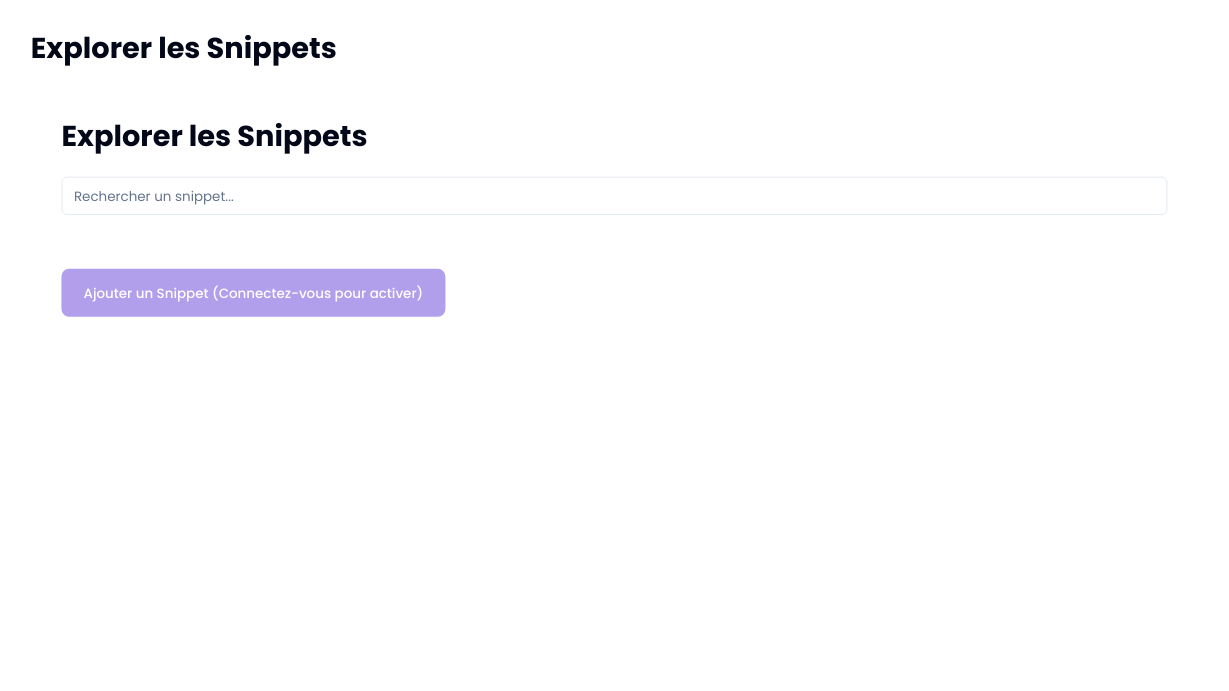
Repository: khadyba/Mediacy
Page: /Snippets
These files come from the project's save history. The page is drawn as it stood at one moment and after a run of saves; the edit follows.
The browser window is 1280 px wide. The pictures show the whole page, at 96% of full size.
The project was rebuilt for these pictures with package versions that can differ from the ones it lists, and the page was loaded fresh each time. The framework's server and built-in components were replaced by stand-ins that run in the browser. Also part of the build but not shown: next.config.mjs.

Above is the page before, as saved 2024-09-22 21:51:07.

### app/layout.tsx
import React from 'react';
import type { Metadata } from 'next';
import { Poppins } from 'next/font/google';
import "./globals.css";
const poppins = Poppins({ subsets: ["latin"],
  weight:['300','400','500','600','700'] });

export const metadata: Metadata = {
  title: "SnippetVault",

};

export default function RootLayout({
  children,
}: Readonly<{
  children: React.ReactNode;
}>) {
  return (
    <html lang="fr">
      <body className={poppins.className}>
          {children}
        </body>
    </html>
  );
}

### app/Snippets/layout.tsx
interface LandingSnippetProps {
    children: React.ReactNode;
  }

const LandingSnippet = ({ children }: LandingSnippetProps) => {
    return(
                  <div>
                    {children}
                  </div>
    )
}
export default LandingSnippet

### app/Snippets/page.tsx
"use client";

import ExploreSnippets from "../_components/CardSnippet";


export default function PageSnippets() {
  return (
    <div className="p-8">
      <h1 className="text-3xl font-bold mb-6">Explorer les Snippets</h1>

               <ExploreSnippets />
    </div>
  );
}

### app/globals.css
@tailwind base;
@tailwind components;
@tailwind utilities;


html,
body,
:root {
     height: 100%;
}

html, body {
  margin: 0;
  padding: 0;
  height: 100%;
  width: 100%;
}






:root {
  --foreground-rgb: 0, 0, 0;
  --background-start-rgb: 214, 219, 220;
  --background-end-rgb: 255, 255, 255;
}

@media (prefers-color-scheme: dark) {
  :root {
    --foreground-rgb: 255, 255, 255;
    --background-start-rgb: 0, 0, 0;
    --background-end-rgb: 0, 0, 0;
  }
}

@layer utilities {
  .text-balance {
    text-wrap: balance;
  }
}

@layer base {
  :root {
    --background: 0 0% 100%;
    --foreground: 222.2 84% 4.9%;
    --card: 0 0% 100%;
    --card-foreground: 222.2 84% 4.9%;
    --popover: 0 0% 100%;
    --popover-foreground: 222.2 84% 4.9%;
    --primary: 222.2 47.4% 11.2%;
    --primary-foreground: 210 40% 98%;
    --secondary: 210 40% 96.1%;
    --secondary-foreground: 222.2 47.4% 11.2%;
    --muted: 210 40% 96.1%;
    --muted-foreground: 215.4 16.3% 46.9%;
    --accent: 210 40% 96.1%;
    --accent-foreground: 222.2 47.4% 11.2%;
    --destructive: 0 84.2% 60.2%;
    --destructive-foreground: 210 40% 98%;
    --border: 214.3 31.8% 91.4%;
    --input: 214.3 31.8% 91.4%;
    --ring: 222.2 84% 4.9%;
    --chart-1: 12 76% 61%;
    --chart-2: 173 58% 39%;
    --chart-3: 197 37% 24%;
    --chart-4: 43 74% 66%;
    --chart-5: 27 87% 67%;
    --radius: 0.5rem;
  }
  .dark {
    --background: 222.2 84% 4.9%;
    --foreground: 210 40% 98%;
    --card: 222.2 84% 4.9%;
    --card-foreground: 210 40% 98%;
    --popover: 222.2 84% 4.9%;
    --popover-foreground: 210 40% 98%;
    --primary: 210 40% 98%;
    --primary-foreground: 222.2 47.4% 11.2%;
    --secondary: 217.2 32.6% 17.5%;
    --secondary-foreground: 210 40% 98%;
    --muted: 217.2 32.6% 17.5%;
    --muted-foreground: 215 20.2% 65.1%;
    --accent: 217.2 32.6% 17.5%;
    --accent-foreground: 210 40% 98%;
    --destructive: 0 62.8% 30.6%;
    --destructive-foreground: 210 40% 98%;
    --border: 217.2 32.6% 17.5%;
    --input: 217.2 32.6% 17.5%;
    --ring: 212.7 26.8% 83.9%;
    --chart-1: 220 70% 50%;
    --chart-2: 160 60% 45%;
    --chart-3: 30 80% 55%;
    --chart-4: 280 65% 60%;
    --chart-5: 340 75% 55%;
  }
}

@layer base {
  * {
    @apply border-border;
  }
  body {
    @apply bg-background text-foreground;
  }
}

### app/_components/CardSnippet.tsx
"use client";
import { useState, useEffect } from "react";
import { Button } from "@/components/ui/button";
import { Input } from "@/components/ui/input";
import { Card, CardContent, CardFooter, CardHeader, CardTitle } from "@/components/ui/card";



export default function ExploreSnippets() {
    const [snippets, setSnippets] = useState([]);

  return (
    <div className="p-8">
      <h1 className="text-3xl font-bold mb-6">Explorer les Snippets</h1>

      {/* Barre de recherche */}
      <div className="mb-6">
        <Input type="text" placeholder="Rechercher un snippet..." className="w-full" />
      </div>

      {/* Liste de snippets */}
      <div className="grid grid-cols-1 md:grid-cols-3 gap-6">
        {snippets.map((snippet) => (
          <Card key={snippet.id}>
            <CardHeader>
              <CardTitle>{snippet.title}</CardTitle>
            </CardHeader>
            <CardContent>
              <p className="text-gray-500">{snippet.category}</p>
            </CardContent>
            <CardFooter>
              <Button variant="outline">Voir les détails</Button>
            </CardFooter>
          </Card>
        ))}
      </div>

      {/* Bouton Ajouter un snippet (inactif) */}
      <div className="mt-8">
        <Button variant="secondary" size="lg" disabled>
          Ajouter un Snippet (Connectez-vous pour activer)
        </Button>
      </div>
    </div>
  );
}

### components/ui/button.tsx
import * as React from "react"
import { Slot } from "@radix-ui/react-slot"
import { cva, type VariantProps } from "class-variance-authority"

import { cn } from "@/lib/utils"

const buttonVariants = cva(
  "inline-flex items-center justify-center whitespace-nowrap rounded-md text-sm font-medium ring-offset-background transition-colors focus-visible:outline-none focus-visible:ring-2 focus-visible:ring-ring focus-visible:ring-offset-2 disabled:pointer-events-none disabled:opacity-50",
  {
    variants: {
      variant: {
        default: "bg-primary text-primary-foreground hover:bg-primary/90",
        primary: "bg-transparant hover:bg-[#6841DA] text-[#6841DA] hover:text-white border-[3px] border-[#6841DA] ",
        secondary: "bg-[#6841DA] text-white border-[3px] border-[#6841DA] ",
        purple: "bg-transparant  text-[#6841DA] border-[3px]  hover:bg-[#6841DA] hover:text-white border-[#6841DA] "
      },
      size: {
        default: "h-10 px-4 py-2",
        sm: "h-9 rounded-md px-3",
        lg: "h-[50px]  rounded-lg px-5 py-4",
        icon: "h-10 w-10",
      },
    },
    defaultVariants: {
      variant: "default",
      size: "default",
    },
  }
)

export interface ButtonProps
  extends React.ButtonHTMLAttributes<HTMLButtonElement>,
    VariantProps<typeof buttonVariants> {
  asChild?: boolean
}

const Button = React.forwardRef<HTMLButtonElement, ButtonProps>(
  ({ className, variant, size, asChild = false, ...props }, ref) => {
    const Comp = asChild ? Slot : "button"
    return (
      <Comp
        className={cn(buttonVariants({ variant, size, className }))}
        ref={ref}
        {...props}
      />
    )
  }
)
Button.displayName = "Button"

export { Button, buttonVariants }

### components/ui/input.tsx
import * as React from "react"

import { cn } from "@/lib/utils"

export interface InputProps
  extends React.InputHTMLAttributes<HTMLInputElement> {}

const Input = React.forwardRef<HTMLInputElement, InputProps>(
  ({ className, type, ...props }, ref) => {
    return (
      <input
        type={type}
        className={cn(
         "flex h-10 w-full rounded-md border border-input bg-background px-3 py-2 text-sm ring-offset-background file:border-0 file:bg-transparent file:text-sm file:font-medium file:text-foreground placeholder:text-muted-foreground focus-visible:outline-none focus-visible:ring-2 focus-visible:ring-[#6841DA] focus-visible:ring-offset-2 hover:border-[#6841DA] disabled:cursor-not-allowed disabled:opacity-50",
          className
        )}
        ref={ref}
        {...props}
      />
    )
  }
)
Input.displayName = "Input"

export { Input }

### tailwind.config.ts
import type { Config } from "tailwindcss";

const config: Config = {
    darkMode: ["class"],
    content: [
    "./pages/**/*.{js,ts,jsx,tsx,mdx}",
    "./components/**/*.{js,ts,jsx,tsx,mdx}",
    "./app/**/*.{js,ts,jsx,tsx,mdx}",
  ],
  theme: {
  	extend: {
  		backgroundImage: {
  			'gradient-radial': 'radial-gradient(var(--tw-gradient-stops))',
  			'gradient-conic': 'conic-gradient(from 180deg at 50% 50%, var(--tw-gradient-stops))'
  		},
  		borderRadius: {
  			lg: 'var(--radius)',
  			md: 'calc(var(--radius) - 2px)',
  			sm: 'calc(var(--radius) - 4px)'
  		},
  		colors: {
  			background: 'hsl(var(--background))',
  			foreground: 'hsl(var(--foreground))',
  			card: {
  				DEFAULT: 'hsl(var(--card))',
  				foreground: 'hsl(var(--card-foreground))'
  			},
  			popover: {
  				DEFAULT: 'hsl(var(--popover))',
  				foreground: 'hsl(var(--popover-foreground))'
  			},
  			primary: {
  				DEFAULT: 'hsl(var(--primary))',
  				foreground: 'hsl(var(--primary-foreground))'
  			},
  			secondary: {
  				DEFAULT: 'hsl(var(--secondary))',
  				foreground: 'hsl(var(--secondary-foreground))'
  			},
  			muted: {
  				DEFAULT: 'hsl(var(--muted))',
  				foreground: 'hsl(var(--muted-foreground))'
  			},
  			accent: {
  				DEFAULT: 'hsl(var(--accent))',
  				foreground: 'hsl(var(--accent-foreground))'
  			},
  			destructive: {
  				DEFAULT: 'hsl(var(--destructive))',
  				foreground: 'hsl(var(--destructive-foreground))'
  			},
  			border: 'hsl(var(--border))',
  			input: 'hsl(var(--input))',
  			ring: 'hsl(var(--ring))',
  			chart: {
  				'1': 'hsl(var(--chart-1))',
  				'2': 'hsl(var(--chart-2))',
  				'3': 'hsl(var(--chart-3))',
  				'4': 'hsl(var(--chart-4))',
  				'5': 'hsl(var(--chart-5))'
  			},
			  transparent: 'transparent',
			  current: 'currentColor',
			  'white': '#ffffff',
			  'purple': '#3f3cbb',
			  'midnight': '#121063',
			  'metal': '#565584',
			  'tahiti': '#3ab7bf',
			  'silver': '#ecebff',
			  'bubble-gum': '#ff77e9',
			  'bermuda': '#78dcca',
  		}
  	}
  },
  plugins: [require("tailwindcss-animate")],
};
export default config;

### components/ui/card.tsx
import * as React from "react"

import { cn } from "@/lib/utils"

const Card = React.forwardRef<
  HTMLDivElement,
  React.HTMLAttributes<HTMLDivElement>
>(({ className, ...props }, ref) => (
  <div
    ref={ref}
    className={cn(
      "rounded-lg border bg-card text-card-foreground shadow-sm",
      className
    )}
    {...props}
  />
))
Card.displayName = "Card"

const CardHeader = React.forwardRef<
  HTMLDivElement,
  React.HTMLAttributes<HTMLDivElement>
>(({ className, ...props }, ref) => (
  <div
    ref={ref}
    className={cn("flex flex-col space-y-1.5 p-6", className)}
    {...props}
  />
))
CardHeader.displayName = "CardHeader"

const CardTitle = React.forwardRef<
  HTMLParagraphElement,
  React.HTMLAttributes<HTMLHeadingElement>
>(({ className, ...props }, ref) => (
  <h3
    ref={ref}
    className={cn(
      "text-2xl font-semibold leading-none tracking-tight",
      className
    )}
    {...props}
  />
))
CardTitle.displayName = "CardTitle"

const CardDescription = React.forwardRef<
  HTMLParagraphElement,
  React.HTMLAttributes<HTMLParagraphElement>
>(({ className, ...props }, ref) => (
  <p
    ref={ref}
    className={cn("text-sm text-muted-foreground", className)}
    {...props}
  />
))
CardDescription.displayName = "CardDescription"

const CardContent = React.forwardRef<
  HTMLDivElement,
  React.HTMLAttributes<HTMLDivElement>
>(({ className, ...props }, ref) => (
  <div ref={ref} className={cn("p-6 pt-0", className)} {...props} />
))
CardContent.displayName = "CardContent"

const CardFooter = React.forwardRef<
  HTMLDivElement,
  React.HTMLAttributes<HTMLDivElement>
>(({ className, ...props }, ref) => (
  <div
    ref={ref}
    className={cn("flex items-center p-6 pt-0", className)}
    {...props}
  />
))
CardFooter.displayName = "CardFooter"

export { Card, CardHeader, CardFooter, CardTitle, CardDescription, CardContent }

### public/data/snippets.json
[
    {
      "id": 1,
      "titre": "Afficher un message d'alerte",
      "description": "Code pour afficher un message d'alerte basique en JavaScript.",
      "code": "alert('Bonjour!');",
      "categorie": "JavaScript"
    },
    {
      "id": 2,
      "titre": "Boucle for simple",
      "description": "Une boucle for simple qui itère de 1 à 10.",
      "code": "for(let i = 1; i <= 10; i++) { console.log(i); }",
      "categorie": "JavaScript"
    },
    {
      "id": 3,
      "titre": "Formater une date",
      "description": "Formater une date en JavaScript en utilisant toLocaleDateString().",
      "code": "const date = new Date(); console.log(date.toLocaleDateString('fr-FR'));",
      "categorie": "JavaScript"
    },
    {
      "id": 4,
      "titre": "Ajouter une classe CSS",
      "description": "Ajout dynamique d'une classe CSS à un élément.",
      "code": "document.getElementById('monElement').classList.add('maClasse');",
      "categorie": "JavaScript"
    },
    {
      "id": 5,
      "titre": "Masquer un élément",
      "description": "Masquer un élément en modifiant son style.",
      "code": "document.getElementById('monElement').style.display = 'none';",
      "categorie": "JavaScript"
    },
    {
      "id": 6,
      "titre": "Convertir un tableau en chaîne",
      "description": "Convertir un tableau en une chaîne de caractères avec join().",
      "code": "const tableau = ['apple', 'banana', 'cherry']; console.log(tableau.join(', '));",
      "categorie": "JavaScript"
    },
    {
      "id": 7,
      "titre": "Afficher la longueur d'une chaîne",
      "description": "Afficher le nombre de caractères dans une chaîne.",
      "code": "const chaine = 'Bonjour'; console.log(chaine.length);",
      "categorie": "JavaScript"
    },
    {
      "id": 8,
      "titre": "Vérifier un nombre pair",
      "description": "Code pour vérifier si un nombre est pair.",
      "code": "const estPair = (num) => num % 2 === 0; console.log(estPair(4));",
      "categorie": "JavaScript"
    },
    {
      "id": 9,
      "titre": "Créer un bouton en HTML",
      "description": "Code HTML pour créer un bouton simple.",
      "code": "<button>Cliquez-moi</button>",
      "categorie": "HTML"
    },
    {
      "id": 10,
      "titre": "Lien vers une page externe",
      "description": "Code HTML pour créer un lien qui s'ouvre dans un nouvel onglet.",
      "code": "<a href='https://exemple.com' target='_blank'>Visitez le site</a>",
      "categorie": "HTML"
    }
  ]

Loaded but not shown: lib/utils.ts (common file)

After the next 3 saves:
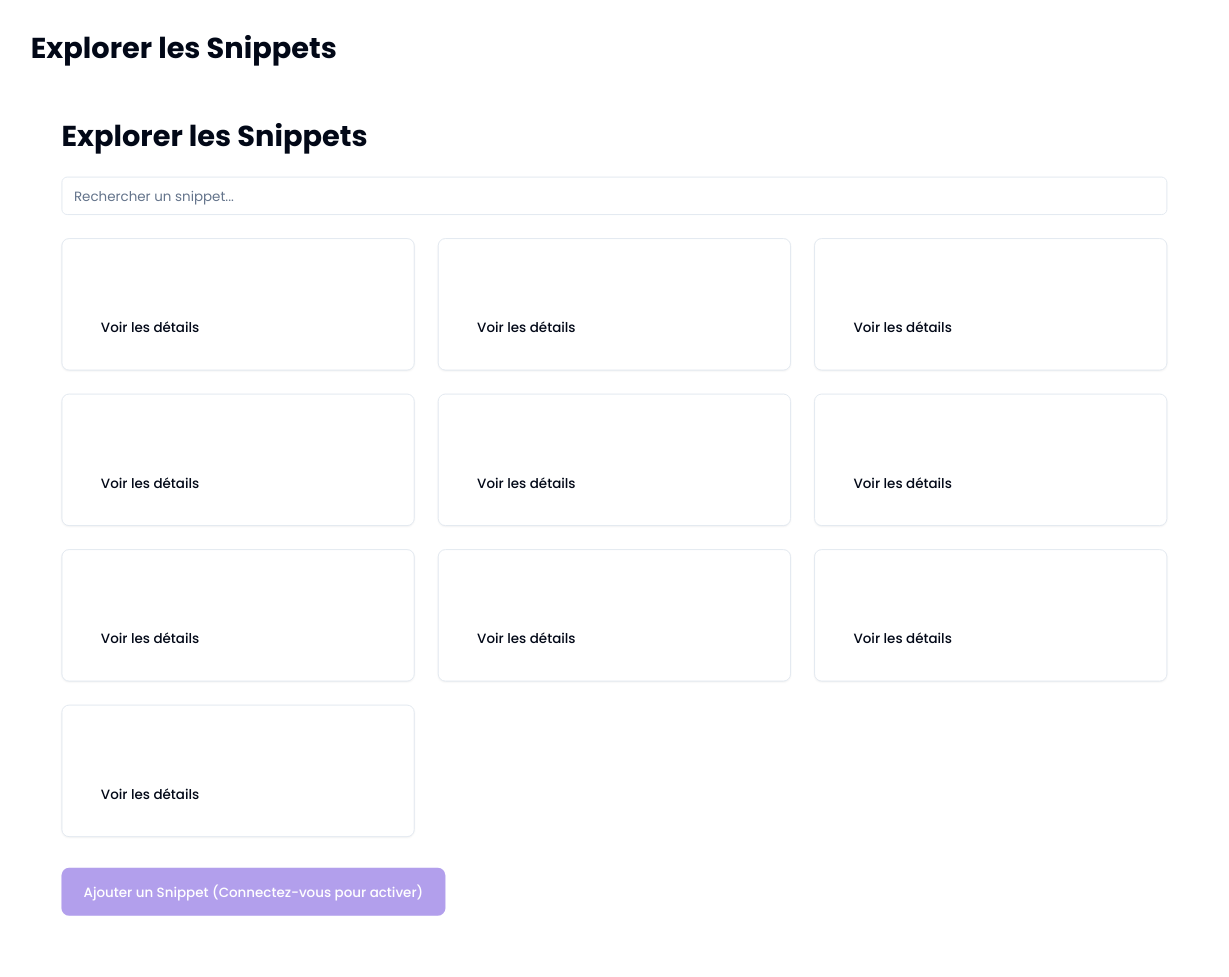
The 3 saves are shown as one change because they came seconds apart.
The last was saved 36 s later.
--- a/app/_components/CardSnippet.tsx
+++ b/app/_components/CardSnippet.tsx
@@ -8,7 +8,8 @@ import { Card, CardContent, CardFooter, CardHeader, CardTitle } from "@/componen
 
 export default function ExploreSnippets() {
     const [snippets, setSnippets] = useState([]);
-
+    useEffect(() => { fetch("/data/snippets.json") .then((response) => response.json())
+     .then((data) => setSnippets(data)); }, []);
   return (
     <div className="p-8">
       <h1 className="text-3xl font-bold mb-6">Explorer les Snippets</h1>
